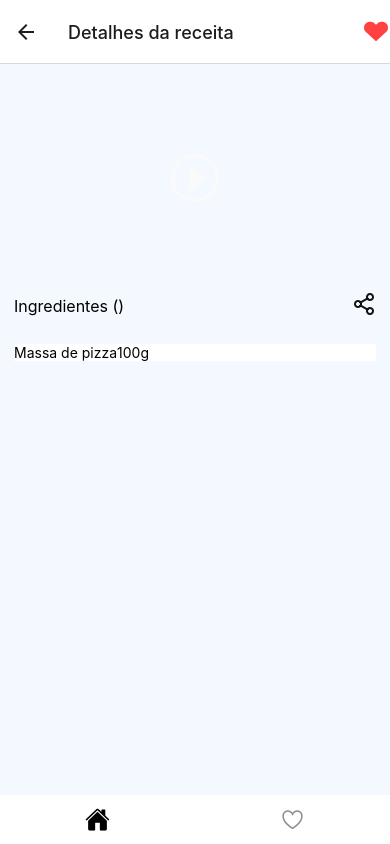
Repository: pheonix5/Receitas
Screen: /Detail
The author's editor kept a copy of each file at every save. The screen is drawn from the files as they stood at one save, then again after the next save.
The page's requests for data from a server got no answer. The app was drawn by React Native's web renderer in a window 390 px wide. The project was rebuilt for these pictures with package versions that can differ from the ones it lists, and the page was loaded fresh each time. No one was signed in, and anything a server would have sent is missing. Also part of the build but not shown: src/components/foodlist/index.js, src/components/instructions/index.js, src/pages/search/index.js, src/pages/favorites/index.js.

Above is the screen before, as saved 2023-04-08 20:21:13.

### App.js
import { View, Text} from 'react-native';

import { NavigationContainer } from '@react-navigation/native';
import { Routes } from './src/routes'


export default function App(){
  return(
    <NavigationContainer>
      <Routes />
    </NavigationContainer>

  )
}

### src/routes/index.js
import { createBottomTabNavigator } from '@react-navigation/bottom-tabs'

import StackRoutes from './stackRoutes';
import Favorites from '../pages/favorites'

import { Ionicons } from '@expo/vector-icons'

const Tab = createBottomTabNavigator();

export function Routes(){
  return(
    <Tab.Navigator
      screenOptions={{
          headerShown: false,
          tabBarHideOnKeyboard: true,
          tabBarShowLabel: false,
          tabBarActiveTintColor: "#121212",

          tabBarStyle:{
              backgroundColor: "#FFF",
              borderTopWidth: 0
          }
      }}

    >

        <Tab.Screen
          name='HomeTab'
          component={StackRoutes}
          options={{
              tabBarIcon: ({ color, size, focused }) => {
                  if (focused){
                    return <Ionicons name='home' color="#000" size={size}/>
                  }

                  return <Ionicons name='home-outline' color={color} size={size}/>
              }
          }}
        />

        <Tab.Screen
          name='Favorites'
          component={Favorites}
          options={{
              tabBarIcon: ({ color, size, focused }) => {
                  if (focused){
                      return <Ionicons name='heart' color="#FF4141" size={size}/>
                  }

                  return <Ionicons name='heart-outline' color={color} size={size}/>
              }
          }}
        />

    </Tab.Navigator>
  )
}

### src/routes/stackRoutes.js
import { createNativeStackNavigator } from '@react-navigation/native-stack'

import Home from '../pages/home'
import Detail from '../pages/detail'
import Search from '../pages/search'

const Stack = createNativeStackNavigator();

export default function StackRoutes(){
  return(
    <Stack.Navigator>

      <Stack.Screen
        name='Home'
        component={Home}
        options={{
          headerShown: false,
        }}
      />

      <Stack.Screen
        name='Detail'
        component={Detail}
        options={{
          title: "Detalhes da receita"
        }}
      />

      <Stack.Screen
        name='Search'
        component={Search}
        options={{
          title: "Veja o que encontramos"
        }}
      />

    </Stack.Navigator>
  )
}

### src/pages/home/index.js
import React, { useState, useEffect } from 'react';
import {
  View,
  Text,
  StyleSheet,
  SafeAreaView,
  TextInput,
  TouchableOpacity,
  FlatList } from 'react-native'

import { Ionicons } from '@expo/vector-icons'

import Logo from '../../components/logo'
import api from '../../services/api'
import FoodList from '../../components/foodlist';

export default function Home(){
    const [inputValue, setInputValue] = useState("")
    const [foods, setFoods] = useState([]);

    function handleSearch(){

    }

    useEffect(() => {
     async function fetchApi(){
        const response = await api.get("/foods")
        setFoods(response.data);
      }

      fetchApi();
    }, [])

    return(
      <SafeAreaView style={styles.container}>
        <Logo/>
        <Text style={styles.title}>Encontre a receita</Text>
        <Text style={styles.title}>que combina com você</Text>

        <View style={styles.form}>
          <TextInput
              value={inputValue}
              onChangeText={ (text) => setInputValue(text)}
              placeholder="Digite o nome da camida.."
              style={styles.input}
          />

          <TouchableOpacity onPress={handleSearch}>
            <Ionicons name="search" size={28} color="#4CBE6C"/>
          </TouchableOpacity>
        </View>

        <FlatList
          data={foods}
          keyExtractor={ (item) => String(item.id)}
          renderItem={ ({ item }) => <FoodList data={item} /> }
          showsVerticalScrollIndicator={false}
        />

      </SafeAreaView>
    )
}

const styles = StyleSheet.create({
  container:{
    flex: 1,
    backgroundColor: '#f2f9ff',
    paddingTop: 36,
    paddingStart: 14,
    paddingEnd: 14
  },
  title:{
    fontSize: 26,
    fontWeight: 'bold',
    color: '#0e0e0e'
  },
  form:{
    backgroundColor: '#FFF',
    width: '100%',
    borderRadius: 8,
    marginTop: 16,
    marginBottom: 16,
    borderWidth: 1,
    borderColor: '#ECECEC',
    paddingLeft: 8,
    paddingRight: 8,
    flexDirection: "row",
    alignItems: 'center',
    justifyContent: 'space-between'
  },
  input:{
    width: '90%',
    maxWidth:'90%',
    height: 54,
  }
})

### src/pages/detail/index.js
import React, { useLayoutEffect} from "react";
import { View, Text, StyleSheet, Pressable, ScrollView, Image } from 'react-native'
import { useRoute, useNavigation } from '@react-navigation/native'

import { Entypo, AntDesign, Feather } from '@expo/vector-icons'

import Ingredients from "../../components/ingredients";
import Instructions from "../../components/instructions";


export default function Detail({  }){
    const route = useRoute();
    const navigation = useNavigation();

    useLayoutEffect(() => {
      navigation.setOptions({
        title: route.params?.data ? route.params?.data.name : "Detalhes da receita",
        headerRight: () => (
          <Pressable onPress={ () => console.log("testando")}>
            <Entypo
              name="heart"
              size={28}
              color="#FF4141"
            />
          </Pressable>

        )
      })
    }, [navigation, route.params?.data])

    return(
        <ScrollView style={styles.container} showsVerticalScrollIndicator={false}>
            <Pressable>
              <View style={styles.playIcon}>
                <AntDesign name="playcircleo" size={48} color="#FAFAFA"/>
              </View>
              <Image
                source={{ uri: route.params?.data.cover }}
                style={styles.cover}
              />
            </Pressable>

          <View style={styles.headerDetails}>
            <View>
              <Text style={styles.title}>{route.params?.data.name}</Text>
              <Text style={styles.ingredientsText}>Ingredientes ({route.params?.data.total_ingredients})</Text>
            </View>
            <Pressable>
              <Feather name="share-2" size={24} color="#121212"/>
            </Pressable>
          </View>

          <Ingredients/>

        </ScrollView>
    )
}

const styles = StyleSheet.create({
    container:{
        backgroundColor: '#f3f9ff',
        paddingTop: 14,
        paddingEnd: 14,
        paddingStart: 14,
    },
    cover:{
      height: 200,
      borderRadius: 14,
      width: '100%',
    },
    playIcon:{
      position: 'absolute',
      zIndex: 9,
      top: 0, left: 0, right: 0, bottom: 0,
      alignItems: 'center',
      justifyContent: 'center'
    },
    title:{
      fontSize: 18,
      marginTop: 14,
      fontWeight: 'bold',
      color: '#000',
      marginBottom: 4
    },
    ingredientsText:{
      marginBottom: 14,
      fontSize: 16
    },
    headerDetails:{
      flexDirection: 'row',
      justifyContent: 'space-between',
      alignItems: 'center',
      marginBottom: 14
    }
})

### src/components/logo/index.js
import { View, Text, StyleSheet } from 'react-native'

export default function Logo(){
    return(
        <View style={styles.logoArea}>
            <Text style={styles.logo}>
                Receita fácil
            </Text>
        </View>
    )
}

const styles = StyleSheet.create({
    logoArea:{
        backgroundColor: '#4CBE6C',
        alignSelf: 'flex-start',
        padding: 8,
        paddingLeft: 16,
        paddingRight: 20,
        borderTopRightRadius: 8,
        borderBottomLeftRadius: 8,
        borderTopLeftRadius: 8,
        borderBottomRightRadius: 32,
        marginBottom: 8
    },
    logo:{
        fontSize: 18,
        fontWeight: 'bold',
        color: "#FFF",
    }
})

### src/services/api.js
import axios from 'axios';


/*
    // Rodar com IPV4: json-server --watch -d 180 --host seu ip db.json

*/

const api = axios.create({
    baseURL: 'http://192.168.1.9:3000/'
})

export default api;

### src/components/ingredients/index.js
import React from "react";
import { View, Text, StyleSheet } from 'react-native'

export default function Ingredients(){
  return(
    <View style={styles.container}>
      <Text>Massa de pizza</Text>
      <Text>100g</Text>
    </View>
  )
}

const styles = StyleSheet.create({
  container:{
    backgroundColor: '#FFF',
    marginBottom: 14,
    flexDirection: 'row'
  }
})

After the next save:
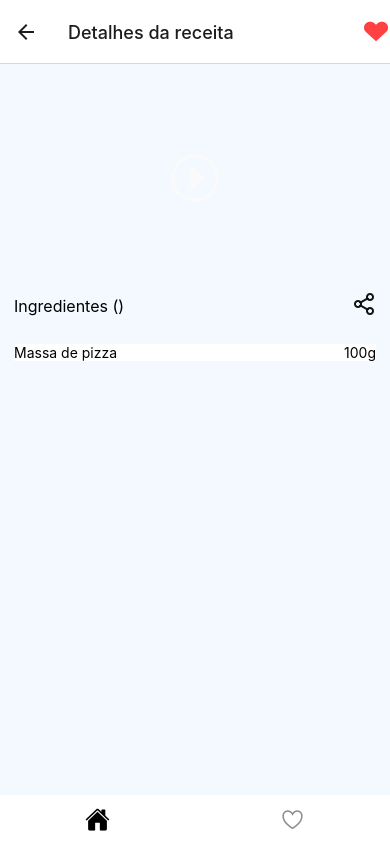
Saved 8 s later.
--- a/src/components/ingredients/index.js
+++ b/src/components/ingredients/index.js
@@ -14,6 +14,7 @@ const styles = StyleSheet.create({
   container:{
     backgroundColor: '#FFF',
     marginBottom: 14,
-    flexDirection: 'row'
+    flexDirection: 'row',
+    justifyContent: 'space-between'
   }
 })
